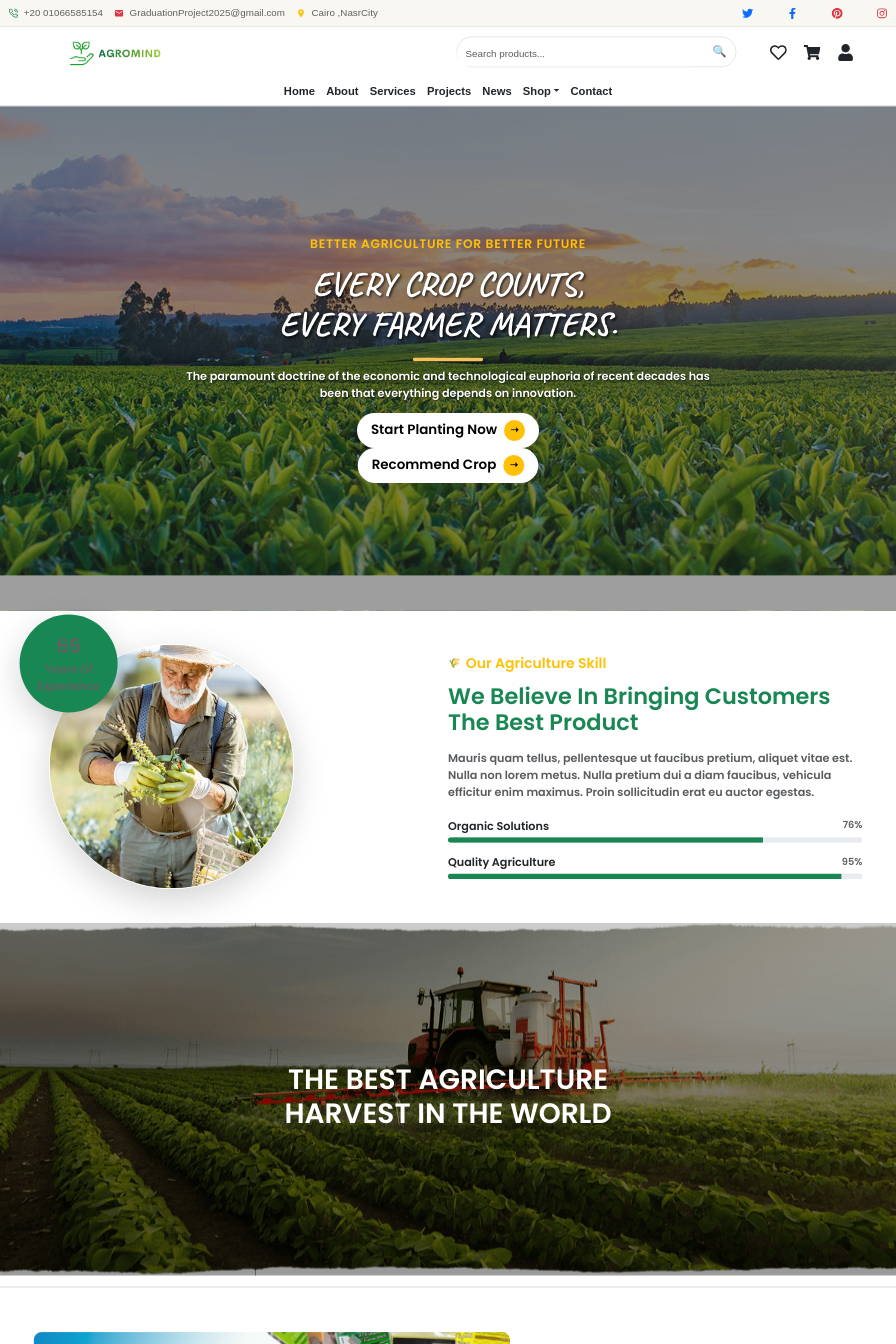
Repository: ShimaaMohamedRoshdi/WorkSpace-agromind
Page: / (app in agricultural-management-system-vs/agricultural-management-system-main/)
These files come from the project's save history. The page is drawn as it stood at one moment and after a run of saves; the edit follows.
The browser window is 1280 px wide. The pictures show the part of the page from y = 0 to 1920 px (the page is 4739 px tall), at 70% of full size.
Pictures or frames that could not be fetched are drawn as grey boxes. The project was rebuilt for these pictures with package versions that can differ from the ones it lists, and the page was loaded fresh each time. Also part of the build but not shown: agricultural-management-system-vs/agricultural-management-system-main/vite.config.js, agricultural-management-system-vs/agricultural-management-system-main/services/api.jsx, agricultural-management-system-vs/agricultural-management-system-main/src/pages/SignUp.jsx, agricultural-management-system-vs/agricultural-management-system-main/src/pages/SignIn.jsx, agricultural-management-system-vs/agricultural-management-system-main/src/components/ProductCard.jsx, agricultural-management-system-vs/agricultural-management-system-main/src/components/Products.jsx, agricultural-management-system-vs/agricultural-management-system-main/src/pages/About.jsx, agricultural-management-system-vs/agricultural-management-system-main/src/pages/Market.jsx and 29 more.

Above is the page before, as saved 2025-05-09 22:48:10.

After the next 2 saves:
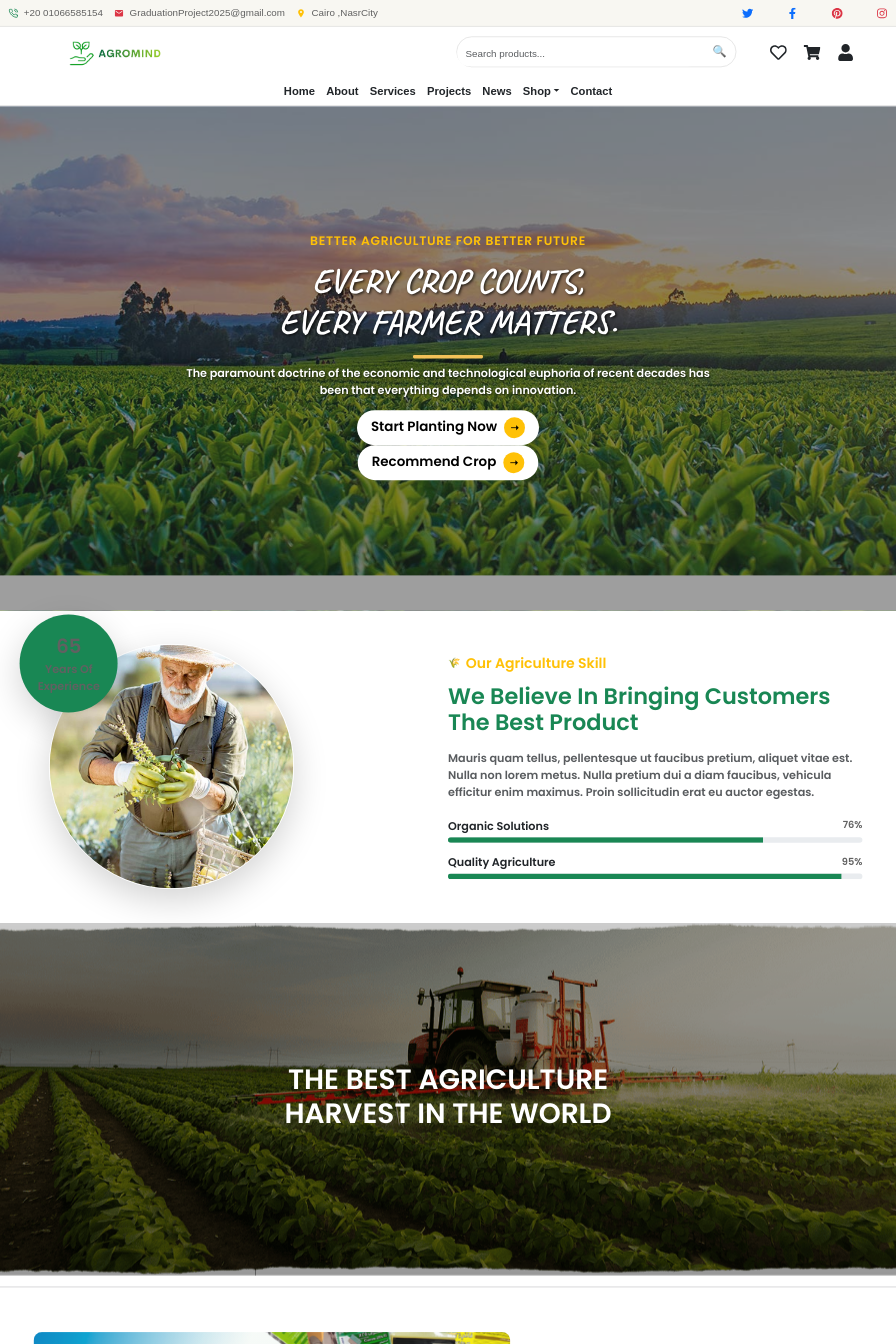
The 2 saves are shown as one change because they came seconds apart.
The last was saved 12 s later.
--- a/agricultural-management-system-vs/agricultural-management-system-main/src/pages/Home.jsx
+++ b/agricultural-management-system-vs/agricultural-management-system-main/src/pages/Home.jsx
@@ -46,7 +46,7 @@
             Start Planting Now <span className="arrow">➝</span>
           </button>
 
-          <button className="hero-button" onClick={handleClick}>
+          <button className="hero-button mb-2" onClick={handleClick}>
             Recommend Crop <span className="arrow">➝</span>
           </button>
         </div>

After the save that followed:
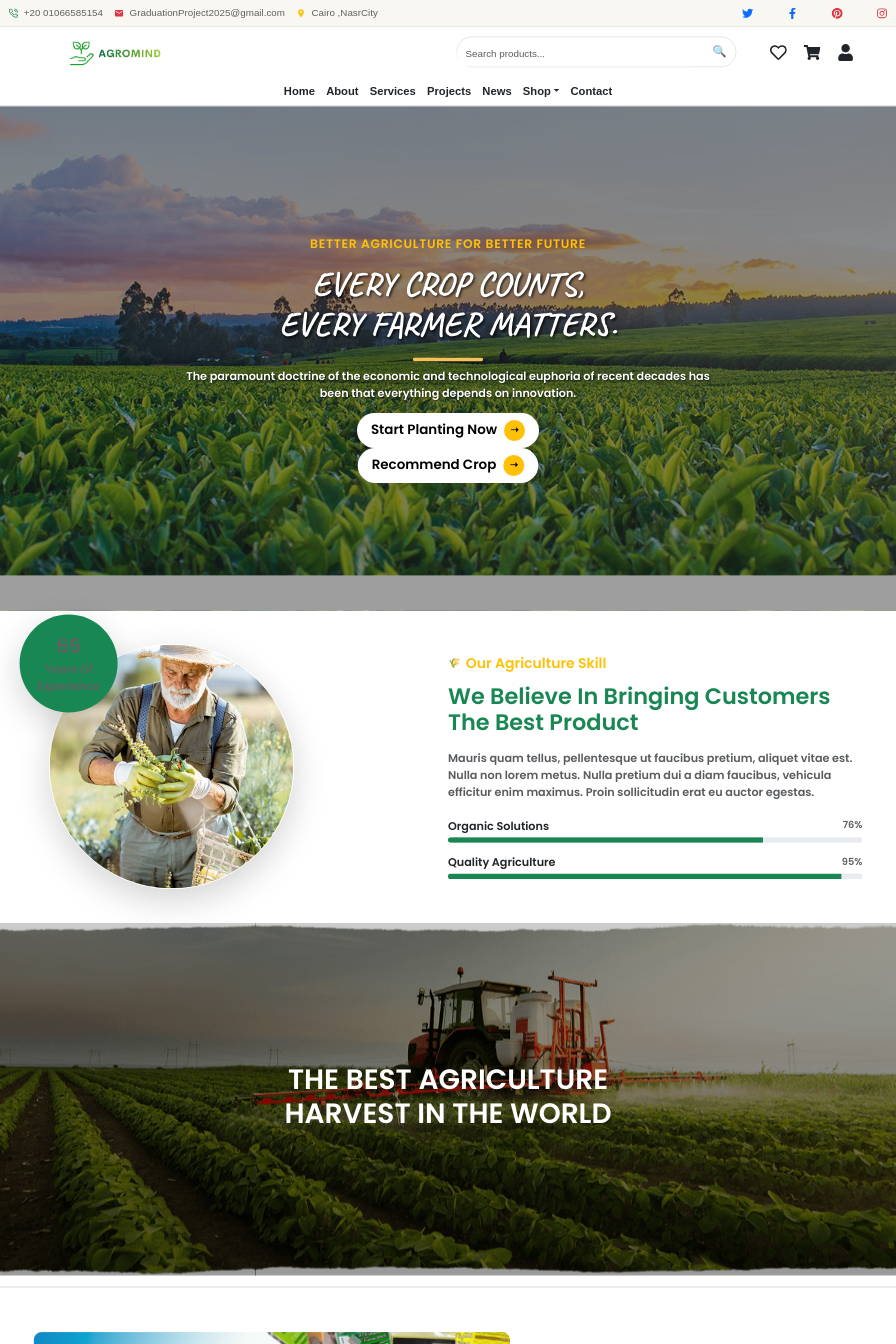
Saved 94 s later.
--- a/agricultural-management-system-vs/agricultural-management-system-main/src/pages/Home.jsx
+++ b/agricultural-management-system-vs/agricultural-management-system-main/src/pages/Home.jsx
@@ -46,7 +46,7 @@
             Start Planting Now <span className="arrow">➝</span>
           </button>
 
-          <button className="hero-button mb-2" onClick={handleClick}>
+          <button className="hero-button " onClick={handleClick}>
             Recommend Crop <span className="arrow">➝</span>
           </button>
         </div>
